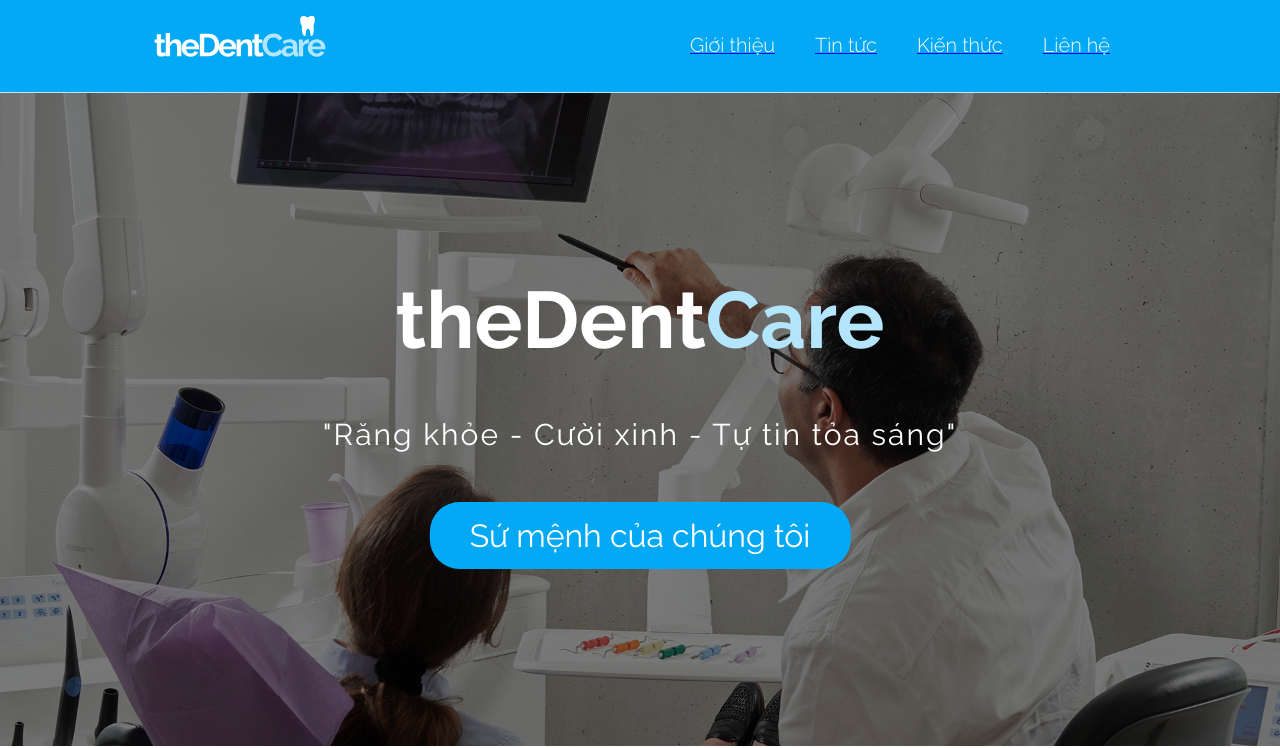
Repository: vantoan19/theDentCare
Page: / (app in theDentalCare/the-dental-care/)
The author's editor kept a copy of each file at every save. The page is drawn from the files as they stood at one save, then again after a run of saves.
The browser window is 1280 px wide. The pictures show the whole page.
The project was rebuilt for these pictures with package versions that can differ from the ones it lists, and the page was loaded fresh each time. The framework's server and built-in components were replaced by stand-ins that run in the browser.

Above is the page before, as saved 2022-09-22 03:12:12.

After the next 2 saves:
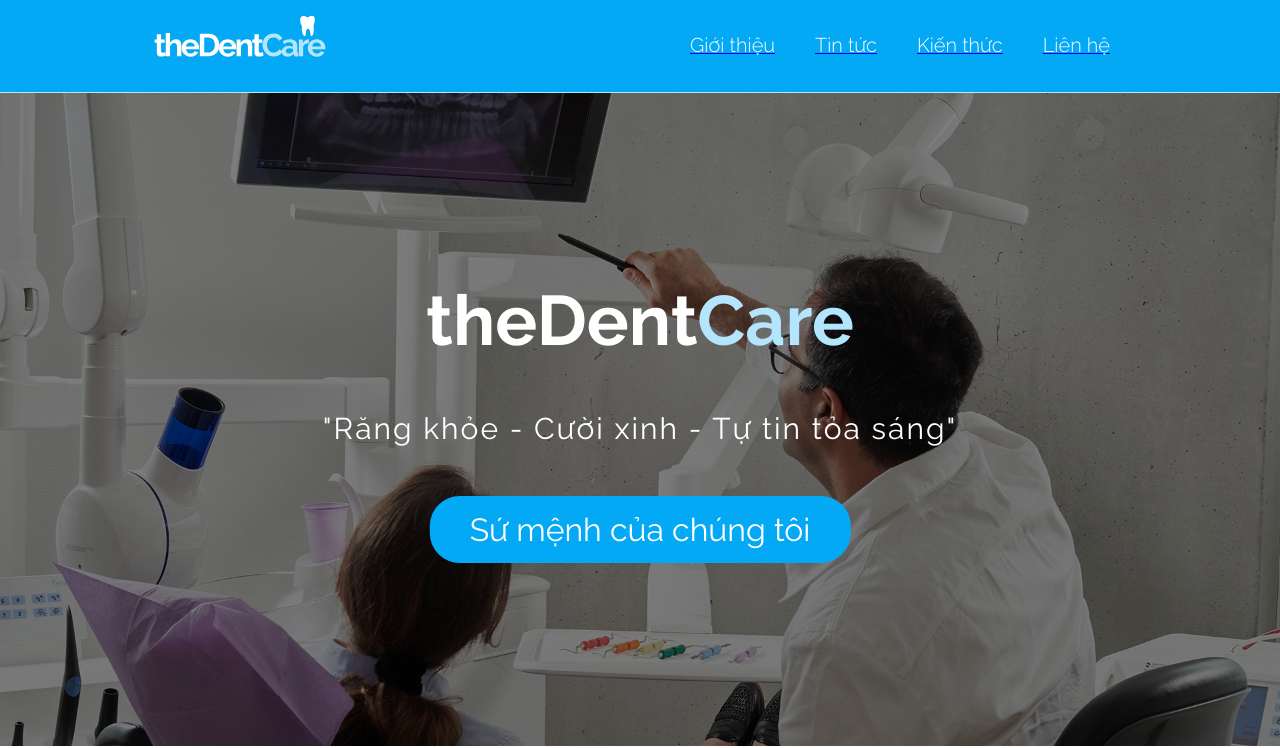
The 2 saves are shown as one change because they came seconds apart.
The last was saved 49 s later.
--- a/theDentalCare/the-dental-care/pages/index.js
+++ b/theDentalCare/the-dental-care/pages/index.js
@@ -14,7 +14,7 @@ const BackgroundContainer = styled.div`
 
 const MainHeader = styled.h1`
   color: #fff;
-  font-size: 8rem;
+  font-size: 7rem;
   margin: 0px 0;
 `
 
